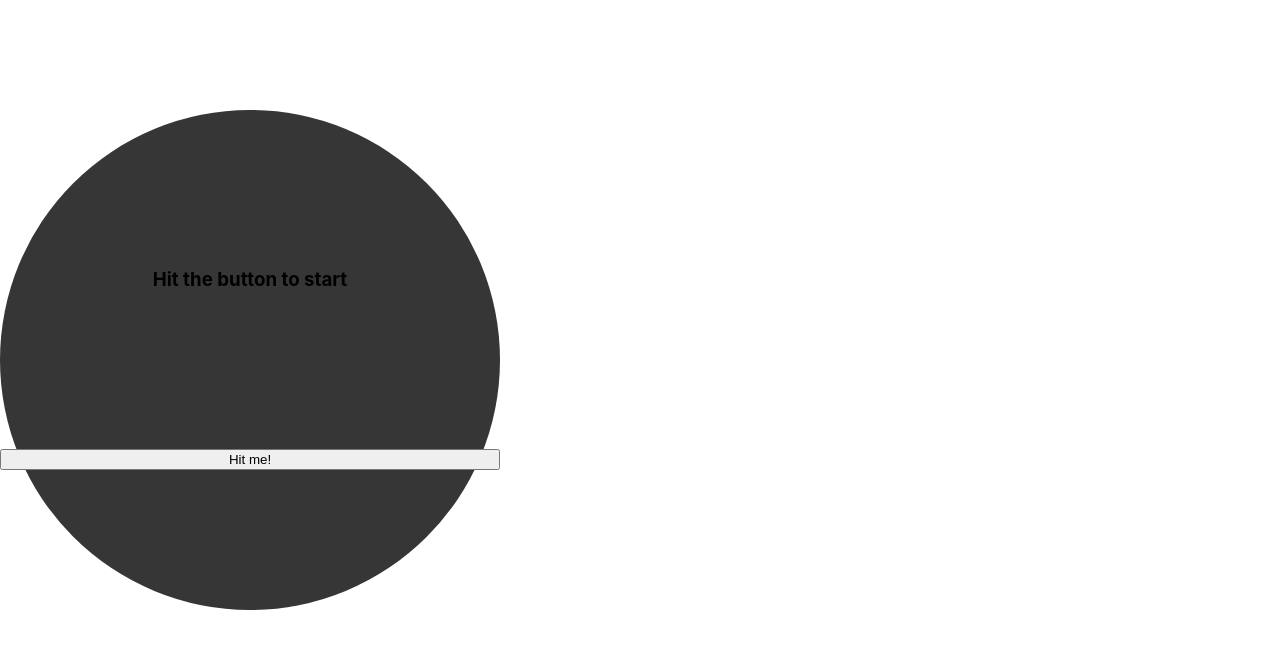
Repository: litalsh/Usless-Counter
Page: /
These files come from the project's save history. The page is drawn as it stood at one moment and after the next save; the edit follows.
The browser window is 1280 px wide. The pictures show the whole page.
The project was rebuilt for these pictures with package versions that can differ from the ones it lists, and the page was loaded fresh each time.

Above is the page before, as saved 2021-02-22 12:25:07.

### src/App.js
import React, { useState } from 'react';
import './App.css';

function App() {
  const [counter, setCounter] = useState(0);

  const clickHandler = () => {
    setCounter(counter + 1)
  }
  return (
    <div className="App">
     {counter === 0 ? <h3>Hit the button to start</h3> : <h3>I clicked it {counter} times already but nothing is happaning!</h3>}
     <button onClick={() => clickHandler()}>Hit me!</button>
    </div>
  );
}

export default App;

### src/App.css
body{
  display: flex;
  width: 100vw;
  height: 100vh;
  justify-content: center;
  flex-direction: column;
  margin: auto;
}

.App {
  display: flex;
  flex-direction: column;
  justify-content: space-evenly;
  text-align: center;
  width: 500px;
  height: 500px;
  border-radius: 50%;
  background: #363636;
  /* align-self: center; */
}

Loaded but not shown: public/index.html (common file); src/index.js (common file); src/index.css (common file); src/reportWebVitals.js (common file)

After the next save:
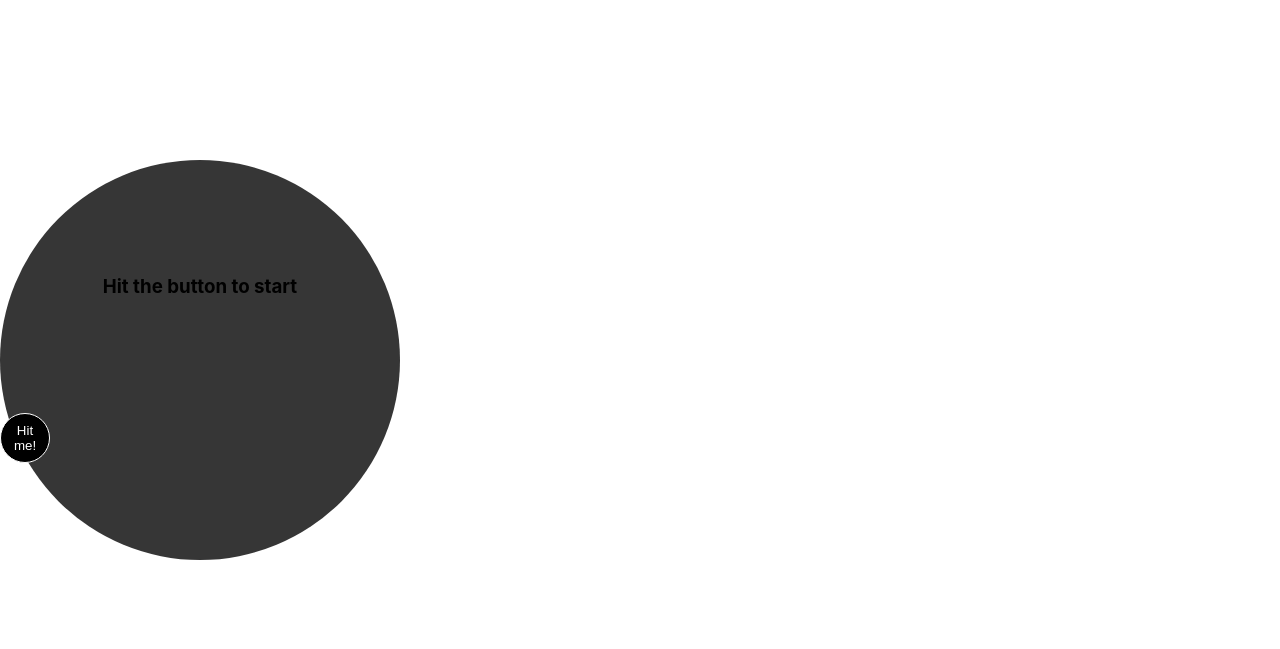
Saved 2 min 0 s later.
--- a/src/App.css
+++ b/src/App.css
@@ -12,9 +12,18 @@ body{
   flex-direction: column;
   justify-content: space-evenly;
   text-align: center;
-  width: 500px;
-  height: 500px;
+  width: 400px;
+  height: 400px;
   border-radius: 50%;
   background: #363636;
   /* align-self: center; */
 }
+
+button {
+  width: 50px;
+  height: 50px;
+  border-radius: 50%;
+  border: 1px solid #fff;
+  background: #000;
+  color: #fff;
+}
